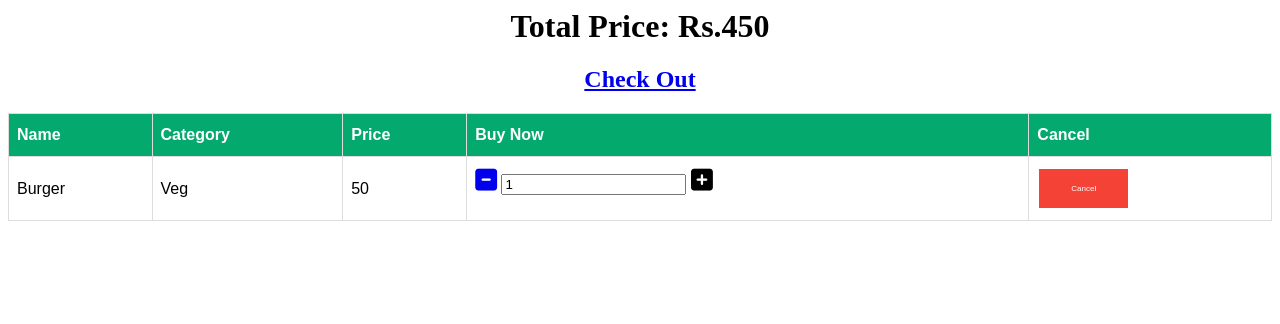
Repository: Shreya200012/FoodBox
Page: http://localhost/foodWeb/cart.jsp
These files come from the project's save history. The page is drawn as it stood at one moment and after the next save; the edit follows.
The browser window is 1280 px wide. The pictures show the whole page.
Some web libraries are served in a nearby version. The page is served by Tomcat 9.

Above is the page before, as saved 2022-06-14 07:48:40.

After the next save:
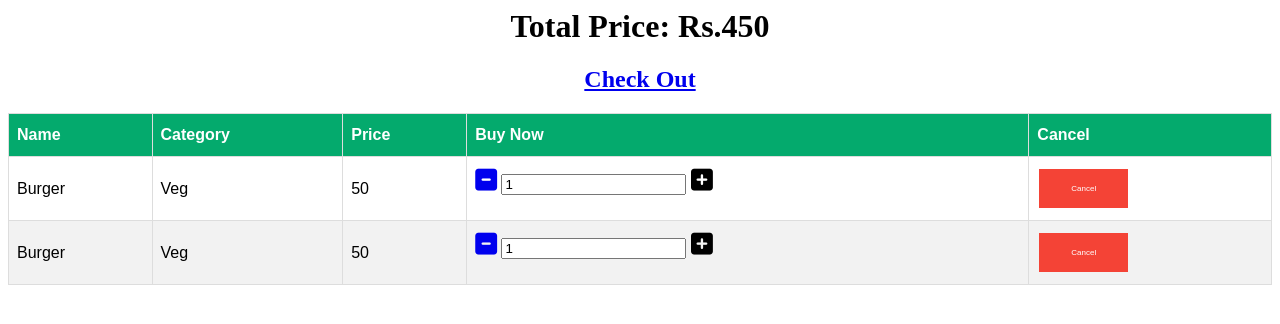
Saved 60 min 43 s later.
--- a/foodWeb/src/main/webapp/cart.jsp
+++ b/foodWeb/src/main/webapp/cart.jsp
@@ -90,6 +90,29 @@
 </div>
 
 </form>
+</tr>
+<tr>
+<td>Burger</td>
+<td>Veg</td>
+<td>50</td>
+<td>
+<form action="" method="post" class="form-inline">
+<input type="hidden" name="id" value="1" class="form-input">
+<div class="form-group d-flex justify-content-between">
+<a class="btn btn-sm btn-decre" href=" "><i class="fas fa-minus-square"></i></a>
+<input type="text" name="quantity" class="form-control" value="1" readonly>
+<a class="btn btn-sm btn-incre"><i class="fas fa-plus-square"></i></a>
+</td>
+<td>
+<button class="button button3">Cancel</button>
+</td>
+
+
+</div>
+
+</form>
+</tr>
+
 
 </tbody>
 </table>
